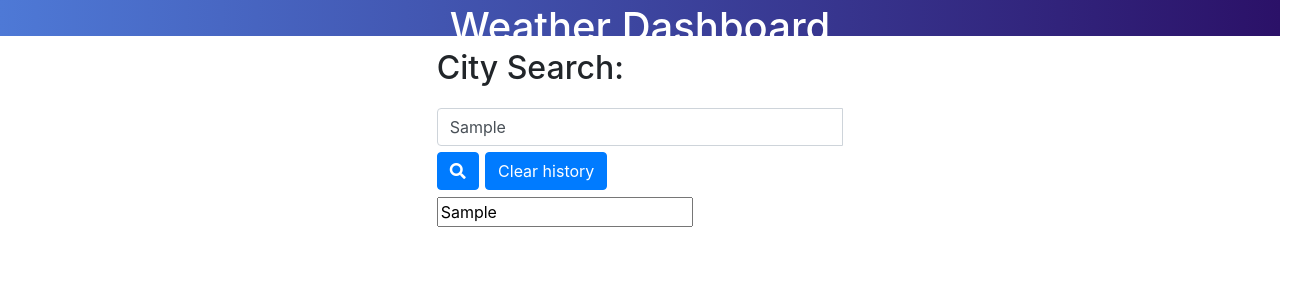
Repository: brenhamp/weather-dashboard
Page: index.html
An editor plug-in stored every save of this project. The page is shown before and after the next save, followed by the edit.
The browser window is 1280 px wide. The page is 1295 px wide, so the pictures cover 1295 px, including what lies to the right of the window. The pictures show the whole page.
Empty fields were first filled with sample values (such as "Sample", 5 or name@example.com).
After loading, the first visible `#search-button` was clicked once.
The page's requests for data from a server got no answer. Some web libraries are served in a nearby version.

Above is the page before, as saved 2021-12-12 21:00:37.
Console error (its wording comes from the project's code and is left out).

### index.html
<!DOCTYPE html>
<html lang="en">
<head>
    <meta charset="UTF-8">
    <meta http-equiv="X-UA-Compatible" content="IE=edge">
    <meta name="viewport" content="width=device-width, initial-scale=1.0">
    <link rel="stylesheet" href="./assets/css/style.css">
    <link rel="stylesheet" href="https://stackpath.bootstrapcdn.com/bootstrap/4.3.1/css/bootstrap.min.css" crossorigin="anonymous">
    <link rel="stylesheet" href="https://cdnjs.cloudflare.com/ajax/libs/font-awesome/5.11.2/css/all.min.css">
    <title>Weather Dashboard</title>
</head>
<body>
    <header class="hero">
        <h1>Weather Dashboard</h1>
    </header>

    <div class="row">
        <div class="col-lg-4">
            <h2>City Search:</h2>
            <div class="input-group">
                <input id="city-input" type="text" class="form-control" placeholder="Enter a city" aria-label="Enter a city">
                <div class="input-group append">
                    <button class="btn btn-primary" type="button" id="search-button">
                        <i class="fas fa-search"></i>
                    </button>

                    <button class="btn btn-primary" type="button" id="clear-history">Clear history</button>
                </div>
            </div>

            <form id="history"></form>

        </div>
        <div class="col-lg-9">
            <div class="row">
                <div id="todays-weather">
                    <div>
                        <h3 id="city-name" class="city-name">
                        </h3>
                        <img id="sky">
                        <div id="temperature"></div>
                        <div id="humidity"></div>
                        <div id="wind"></div>
                        <div id="UV"></div>
                    </div>
                </div>
            </div>

            <!-- hide forecast until needed -->
            <div id="five-day-forecast" class="d-none">
                <h3>Five-Day Forecast</h3>
                <div class="row">
                    <div class="forecast"></div>
                    <div class="forecast"></div>
                    <div class="forecast"></div>
                    <div class="forecast"></div>
                    <div class="forecast"></div>
                </div>
            </div>
        </div>
    </div>


    <script src="https://unpkg.com/axios/dist/axios.min.js"></script>
    <script src="./assets/js/script.js"></script>

</body>
</html>

### assets/css/style.css


.hero {
    background-image: linear-gradient(to right, rgb(78, 121, 214), rgb(43, 17, 104));
    height: 5vh;
    text-align: center;
    margin: auto;
    line-height: 5vh;
    color: white
}

h1 {
    line-height: inherit;
    padding: .25vw 0;
}

h2 {
    padding: 1vw 0;
}

.row {
    justify-content: space-around;
}

p {
    text-align: center;
}

button:not(:disabled) {
    margin: 0.5vw 0.5vw 0.5vw 0;
}

#history {
    margin: auto;
}

### assets/js/script.js
function weatherDashboard() {
    //define HTML elements
const city = document.getElementById("city-input");
const search = document.getElementById("search-button");
const clear = document.getElementById("clear-history");
const name = document.getElementById("city-name");
const sky = document.getElementById("sky");
const temp = document.getElementById("temperature");
const humidity = document.getElementById("humidity");
const wind = document.getElementById("wind");
const UV = document.getElementById("UV");
const history = document.getElementById("history");
const forecast = document.getElementById("five-day-forecast");
const todaysWeather = document.getElementById("todays-weather");

    //my API key from OpenWeather
    apiKey = "4f9f2b98f7dbd0bd303f0561775c2890";

    //function to contain all API requests
    function getWeather(cityName) {
        let queryURL = "https://api.openweathermap.org/data/2.5/weather?q=" + cityName + "&units=imperial" + "&appid=" + apiKey;
        axios.get(queryURL)
        .then(function(response) {
            todaysWeather.classList.remove("d-none");

            //retrieve current date for displaying
            currentDate = new Date(response.data.dt * 1000);
            day = currentDate.getDate();
            month = currentDate.getMonth() + 1;
            year = currentDate.getFullYear();

            name.innerHTML = response.data.name + " (" + month + "/" + day + "/" + year +")";

            //display today's weather including sky icon, temp, humidity and wind speed
            let skyImg = response.data.weather[0].icon;
            sky.setAttribute("src", "https://openweathermap.org/img/wn/" + skyImg + "@2x.png");
            sky.setAttribute("alt", response.data.weather[0].description);
            temp.innerHTML = "Temperature: " + response.data.main.temp + " &#176F";
            humidity.innerHTML = "Humidity: " + response.data.main.humidity + "%";
            wind.innerHTML = "Wind Speed: " + response.data.wind.speed + " MPH";

            //get UV index using latitude and longitude
            let lat = response.data.coord.lat;
            let lon = response.data.coord.lon;
            let UVQueryURL = "https://api.openweathermap.org/data/2.5/uvi/forecast?lat=" + lat + "&lon=" + lon + "&units=imperial" + "&appid=" + apiKey + "&cnt=1";
            axios.get(UVQueryURL)
                .then(function (response) {
                    //use span for HTML convenience
                    let UVIndex = document.createElement("span");

                    //change color to indicate mild/moderate/severe UV levels
                    if (response.data[0].value < 4 ) {
                        UVIndex.setAttribute("class", "badge badge-success");
                    }
                    else if (response.data[0].value < 8) {
                        UVIndex.setAttribute("class", "badge badge-warning");
                    }
                    else {
                        UVIndex.setAttribute("class", "badge badge-danger");
                    }
                    //append to HTML
                    UVIndex.innerHTML = response.data[0].value;
                    UV.innerHTML = "UV Index: ";
                    UV.append(UVIndex);
        });

           //five-day forecast script
           let cityID = response.data.id;
           let forecastQueryURL = "https://api.openweathermap.org/data/2.5/forecast?id=" + cityID + "&units=imperial" + "&appid=" + apiKey;
           axios.get(forecastQueryURL)
               .then(function (response) {
                   //when query is sent, show the forecast elements
                   forecast.classList.remove("d-none");

                       //select all forecast divs and assign future dates to them in order
                       const forecastEls = document.querySelectorAll(".forecast");
                       for (i = 0; i < forecastEls.length; i++) {
                           forecastEls[i].innerHTML = "";
                           const forecastIndex = i * 8 + 4;
                           const forecastDate = new Date(response.data.list[forecastIndex].dt * 1000);
                           const forecastDay = forecastDate.getDate();
                           const forecastMonth = forecastDate.getMonth() + 1;
                           const forecastYear = forecastDate.getFullYear();
                           const forecastDateEl = document.createElement("p");
                           forecastDateEl.setAttribute("class", "mt-3 mb-0 forecast-date");
                           forecastDateEl.innerHTML = forecastMonth + "/" + forecastDay + "/" + forecastYear;
                           forecastEls[i].append(forecastDateEl);

                           //append sky icons and weather info to each future day forecast
                           const forecastSky = document.createElement("img");
                           forecastSky.setAttribute("src", "https://openweathermap.org/img/wn/" + response.data.list[forecastIndex].weather[0].icon + "@2x.png");
                           forecastSky.setAttribute("alt", response.data.list[forecastIndex].weather[0].description);
                           forecastEls[i].append(forecastSky);
                           const forecastTempEl = document.createElement("p");
                           forecastTempEl.innerHTML = "Temp: " + response.data.list[forecastIndex].main.temp + " &#176F";
                           forecastEls[i].append(forecastTempEl);
                           const forecastHumidityEl = document.createElement("p");
                           forecastHumidityEl.innerHTML = "Humidity: " + response.data.list[forecastIndex].main.humidity + "%";
                           forecastEls[i].append(forecastHumidityEl);
                       }
                    })
    });
}

    //search history functionality
    let searchHistory = JSON.parse(localStorage.getItem("search")) || [];

    function renderSearchHistory () {
        //start off blank
        history.innerHTML = "";
        //create new history item each time a city name is submitted
        for (let i = 0; i < searchHistory.length; i++) {
            const historyEl = document.createElement("input");
            Object.assign(historyEl, {
                type: "text",
                readonly: true,
                class: "form-control",
                value: searchHistory[i],
            });
            historyEl.addEventListener("click", function() {
                getWeather(historyEl.value);
            })
            history.append(historyEl);
        }
    }

    //initial call for history function
    renderSearchHistory();

    //listener for search; save searches to localStorage
    search.addEventListener("click",  function () {
        searchTerm = city.value;
        getWeather(searchTerm);
        searchHistory.push(searchTerm);
        localStorage.setItem("search", JSON.stringify(searchHistory));
        renderSearchHistory();
    })


    //listener for clear button; clear localStorage and leave search array blank
    clear.addEventListener("click", function () {
        localStorage.clear();
        searchHistory = [];
        renderSearchHistory();
    })


};

//initialize javascript
weatherDashboard ();

After the next save:
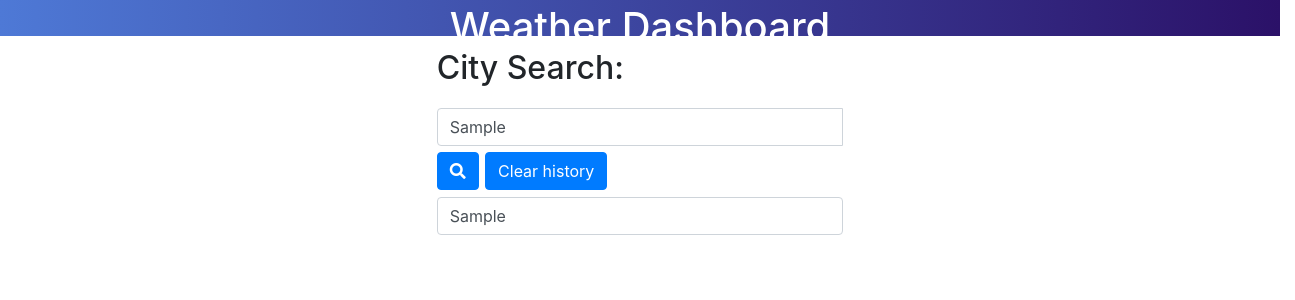
Saved 2 min 39 s later.
--- a/assets/js/script.js
+++ b/assets/js/script.js
@@ -111,13 +111,11 @@ const todaysWeather = document.getElementById("todays-weather");
         //create new history item each time a city name is submitted
         for (let i = 0; i < searchHistory.length; i++) {
             const historyEl = document.createElement("input");
-            Object.assign(historyEl, {
-                type: "text",
-                readonly: true,
-                class: "form-control",
-                value: searchHistory[i],
-            });
-            historyEl.addEventListener("click", function() {
+                historyEl.setAttribute("type", "text");
+                historyEl.setAttribute("readonly", true);
+                historyEl.setAttribute("class", "form-control d-block bg-white");
+                historyEl.setAttribute("value", searchHistory[i]);
+                historyEl.addEventListener("click", function() {
                 getWeather(historyEl.value);
             })
             history.append(historyEl);
